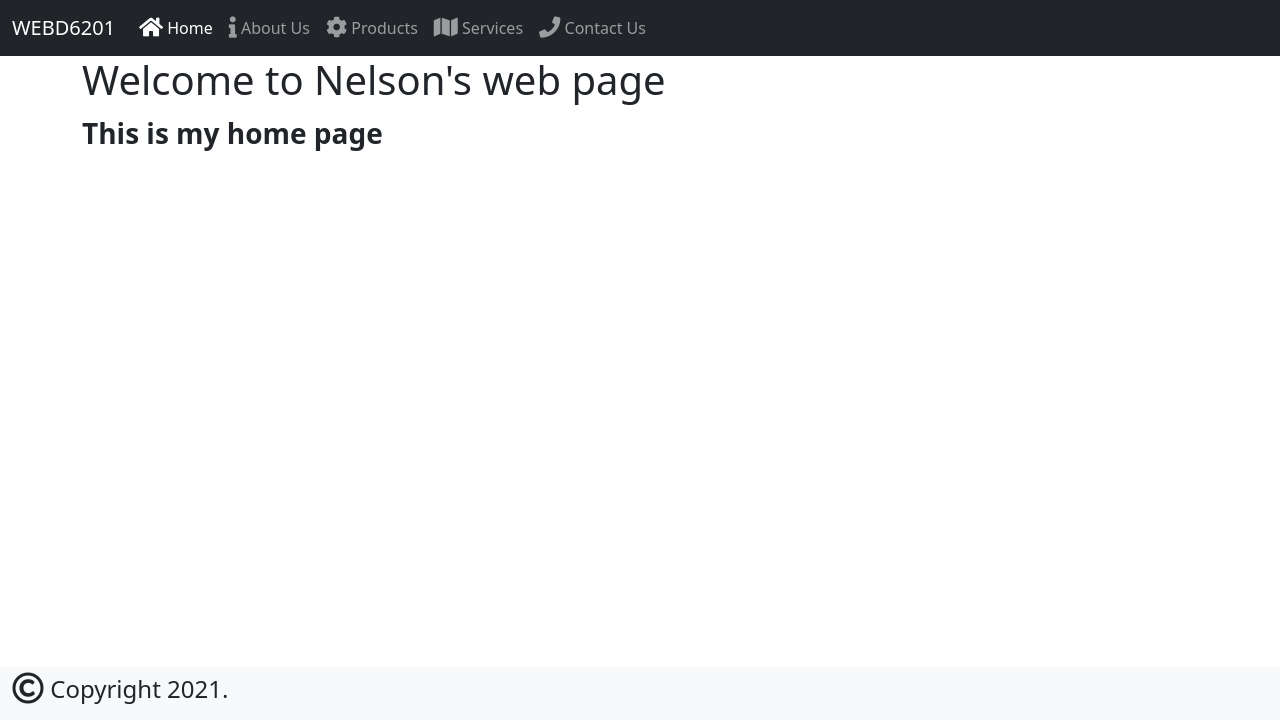
Repository: YiuWingLau/WEBD6201-W2021-Lab1
Page: index.html
The author's editor kept a copy of each file at every save. The page is drawn from the files as they stood at one save, then again after the next save.
The browser window is 1280 px wide. The pictures show the whole page.

Above is the page before, as saved 2021-02-03 17:22:44.

### index.html
<!DOCTYPE html>
<html lang="en">
<head>
    <meta charset="UTF-8">
    <meta name="viewport" content="width=device-width, initial-scale=1.0">
    <title>Home</title>

    <!--CSS Section -->
    <link rel="stylesheet" href="./node_modules/bootstrap/dist/css/bootstrap.min.css">
    <link rel="stylesheet" href="./node_modules/@fortawesome//fontawesome-free/css/all.min.css">
    <link rel="stylesheet" href="./Content/app.css">
</head>
<body>
    <!-- Main Header-->
    <header>
      <!-- Main Navigation-->
        <nav class="navbar navbar-expand-lg navbar-dark bg-dark">
            <div class="container-fluid">
              <a class="navbar-brand" href="index.html">WEBD6201</a>
              <button class="navbar-toggler" type="button" data-bs-toggle="collapse" data-bs-target="#navbarSupportedContent" aria-controls="navbarSupportedContent" aria-expanded="false" aria-label="Toggle navigation">
                <span class="navbar-toggler-icon"></span>
              </button>
              <div class="collapse navbar-collapse" id="navbarSupportedContent">
                <ul class="navbar-nav me-auto mb-2 mb-lg-0">

                    <li class="nav-item">
                      <a class="nav-link active" aria-current="page" href="index.html"><i class="fas fa-home fa-lg"></i> Home</a>
                    </li>

                    <li class="nav-item">
                      <a class="nav-link" aria-current="page" href="about.html"><i class="fas fa-info fa-lg"></i> About Us</a>
                    </li>
                    <li class="nav-item">
                      <a class="nav-link" aria-current="page" href="products.html"><i class="fas fa-cog fa-lg"></i> Products</a>
                    </li>
                    <li class="nav-item">
                      <a class="nav-link" aria-current="page" href="services.html"><i class="fas fa-map fa-lg"></i> Services</a>
                    </li>
                    <li class="nav-item">
                      <a class="nav-link" aria-current="page" href="contact.html"><i class="fas fa-phone fa-lg"></i> Contact Us</a>
                    </li>
                </ul>
              </div>
            </div>
        </nav>
    </header>
    <!-- Main Content -->
    <main class="container">
        <h1>Welcome to Nelson's Web page</h1>
        <p id="paragraphOne" class="fs-3"></p>
    </main>
    <!-- Main Footer -->
    <footer>
        <nav class="navbar fixed-bottom navbar-light bg-light">
            <div class="container-fluid">
              <h4><i class="far fa-copyright fa-lg"></i> Copyright 2021.</a></h4>
            </div>
        </nav>
    </footer>
    <!-- JavaScript Section -->
    <script src="./node_modules/jquery/dist/jquery.min.js"></script>
    <script src="./node_modules/bootstrap/dist/js/bootstrap.bundle.min.js"></script>
    <script src="./Scripts/app.js"></script>
</body>
</html>

### Scripts/app.js
/* custom JavaScript goes here */

//IIFE - Immediately Invoked Function Expression
//AKA - Anonymous Self-Executing Function
//Closure - limits scope leak

"use strict";

(function()
{
    function displayHome()
    {
        let paragraphOneText =
          "This is a simple site to demonstrate DOM Manipulation for ICE 1";

        let paragraphOneElement = document.getElementById("paragraphOne");

        paragraphOneElement.textContent = paragraphOneText;
        paragraphOneElement.className = "fs-5";

        // Step 1. document.createElement
        let newParagraph = document.createElement("p");
        // Step 2. configure the element
        newParagraph.setAttribute("id", "paragraphTwo");
        newParagraph.textContent = "...And this is paragraph two";
        // Step 3. select the parent element
        let mainContent = document.getElementsByTagName("main")[0];
        // Step 4. Add / Insert the element
        mainContent.appendChild(newParagraph);

        newParagraph.className = "fs-6";

        // another way of injecting content
        let paragraphDiv = document.createElement("div");
        let paragraphThree = `<p id="paragraphThree" class="fs-7 fw-bold">And this is the Third Paragraph</p>`;
        paragraphDiv.innerHTML = paragraphThree;

        // insertions

        // example of inserting before a node
        //newParagraph.before(paragraphDiv);

        // example of inserting after a node
        newParagraph.after(paragraphDiv);

        // deletions

        // example of removing a single element
        //paragraphOneElement.remove();

        // example of removeChild
        mainContent.removeChild(paragraphOneElement);

        // update / modification
        //mainContent.firstElementChild.textContent = "Welcome Home!";

        mainContent.innerHTML = `<h1 id="firstHeading">Welcome to Nelson's web page</h1>
         <p id="paragraphOne" class="fs-3 fw-bold">This is my home page</p>
        `;

    }

    function displayAbout()
    {

    }

    function displayProjects()
    {

    }

    function displayServices()
    {

    }

    function displayContact()
    {
        let messageArea = document.getElementById("messageArea");
        messageArea.hidden = true;

        // form validation
        let fullName = document.getElementById("fullName");
        fullName.addEventListener("blur", function() {
            if(fullName.value.length < 2)
            {
                fullName.focus();
                fullName.select();
                messageArea.hidden = false;
                messageArea.className = "alert alert-danger";
                messageArea.textContent = "Please enter an appropriate Name";
            }
            else
            {
                messageArea.removeAttribute("class");
                messageArea.hidden = true;
            }
        });

        let sendButton = document.getElementById("sendButton");
        sendButton.addEventListener("click", function(event){
            //event.preventDefault();

            let contact = new Contact(fullName.value, contactNumber.value, emailAddress.value);

            if(contact.serialize())
            {
              localStorage.setItem((localStorage.length + 1).toString(), contact.serialize());
            }

        });
    }

    function displayContactList()
    {
      if (localStorage.length > 0)
      {
        let contactList = document.getElementById("contactList");

        let data = "";

        for (let index = 0; index < localStorage.length; index++)
        {
          let contactData = localStorage.getItem((index + 1).toString());

          let contact = new Contact();
          contact.deserialize(contactData);

          data += `<tr>
          <th scope="row">${index + 1}</th>
          <td>${contact.FullName}</td>
          <td>${contact.ContactNumber}</td>
          <td>${contact.EmailAddress}</td>
        </tr>`;
        }

        contactList.innerHTML = data;
      }
    }



    function Start()
    {
        console.log("App Started...");

        //document.open("text/html","replace");
        //document.write("<a class='nav-link' aria-current='page' href='products.html'><i class="fas fa-cog fa-lg"></i> Products</a>");

        //<a id="navbarSupportedContent">Projects</a>
        //let navBarElement = getElementById("navbarSupportedContent");

        //document.getElementById("navbarSupportedContent")[2].innerHTML = document.link;

        switch (document.title)
        {
          case "Home":
              displayHome();
            break;
          case "About":
              displayAbout();
            break;
          case "Projects":
              displayProjects();
            break;
          case "Services":
              displayServices();
            break;
          case "Contact":
              displayContact();
            break;
          case "Contact-List":
            displayContactList();
          break;
        }

    }

    window.addEventListener("load", Start);

})();

Loaded but not shown: node_modules/bootstrap/dist/css/bootstrap.min.css (library); node_modules/@fortawesome/fontawesome-free/css/all.min.css (library); node_modules/jquery/dist/jquery.min.js (library); node_modules/bootstrap/dist/js/bootstrap.bundle.min.js (library); Content/app.css (no stored copy; drawn as an empty file)

After the next save:
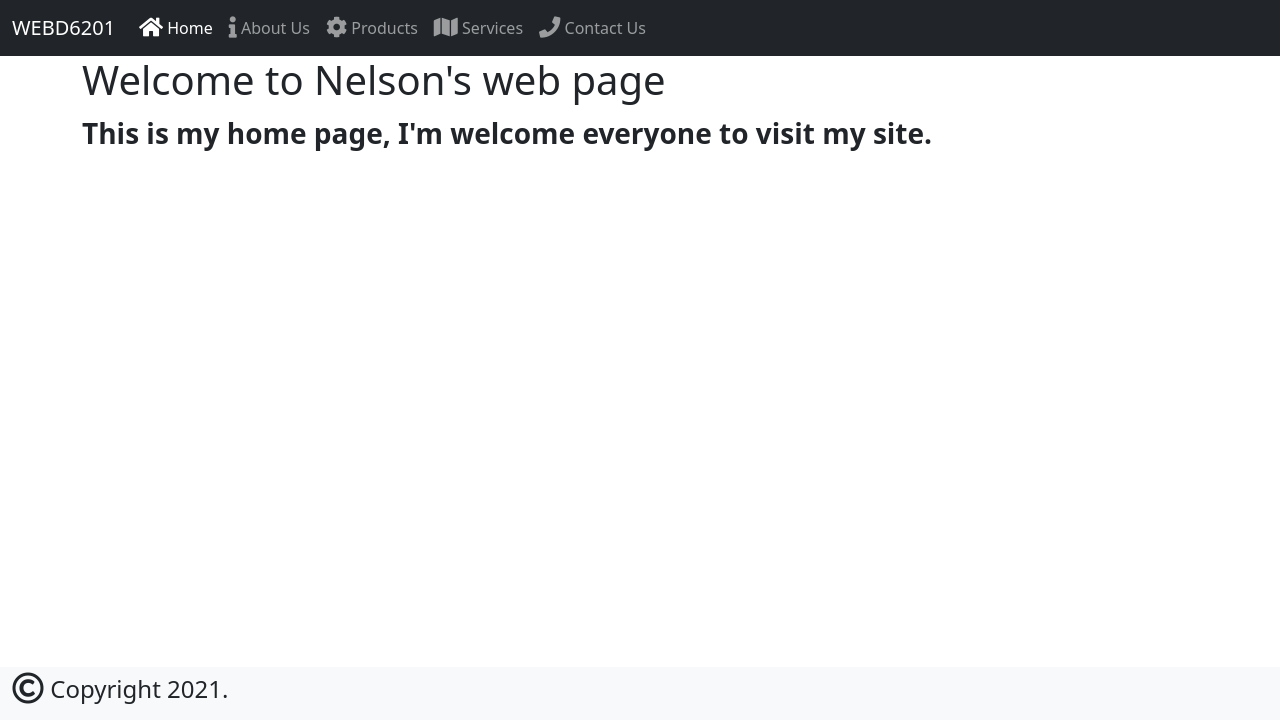
Saved 99 s later.
--- a/Scripts/app.js
+++ b/Scripts/app.js
@@ -55,7 +55,7 @@
         //mainContent.firstElementChild.textContent = "Welcome Home!";
 
         mainContent.innerHTML = `<h1 id="firstHeading">Welcome to Nelson's web page</h1>
-         <p id="paragraphOne" class="fs-3 fw-bold">This is my home page</p>
+         <p id="paragraphOne" class="fs-3 fw-bold">This is my home page, I'm welcome everyone to visit my site.</p>
         `;
 
     }
